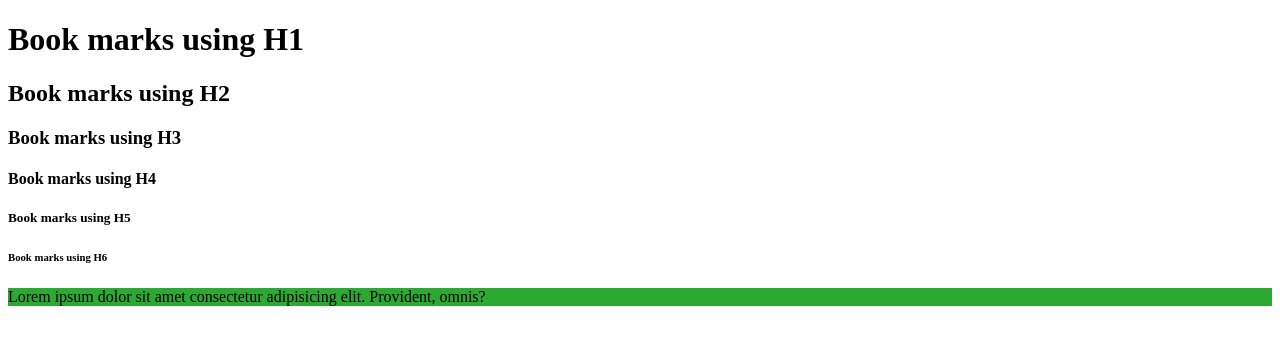
Repository: Mohan2347/Project-2
Page: 2.html
The author's editor kept a copy of each file at every save. The page is drawn from the files as they stood at one save, then again after a run of saves.
The browser window is 1280 px wide. The pictures show the whole page.

Above is the page before, as saved 2024-11-02 20:38:37.

After the next 3 saves:
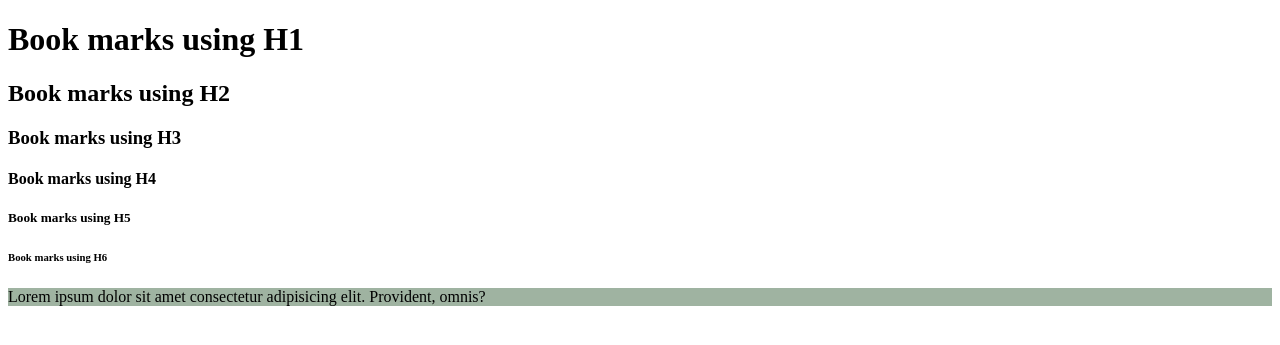
The 3 saves are shown as one change because they came seconds apart.
The last was saved 10 s later.
--- a/2.html
+++ b/2.html
@@ -13,6 +13,6 @@
     <h5>Book marks using H5</h5>
     <h6>Book marks using H6</h6>
 
-    <p style="background-color: rgb(43, 169, 51);">Lorem ipsum dolor sit amet consectetur adipisicing elit. Provident, omnis?</p>
+    <p style="background-color: rgb(159, 179, 161);">Lorem ipsum dolor sit amet consectetur adipisicing elit. Provident, omnis?</p>
 </body>
 </html>
